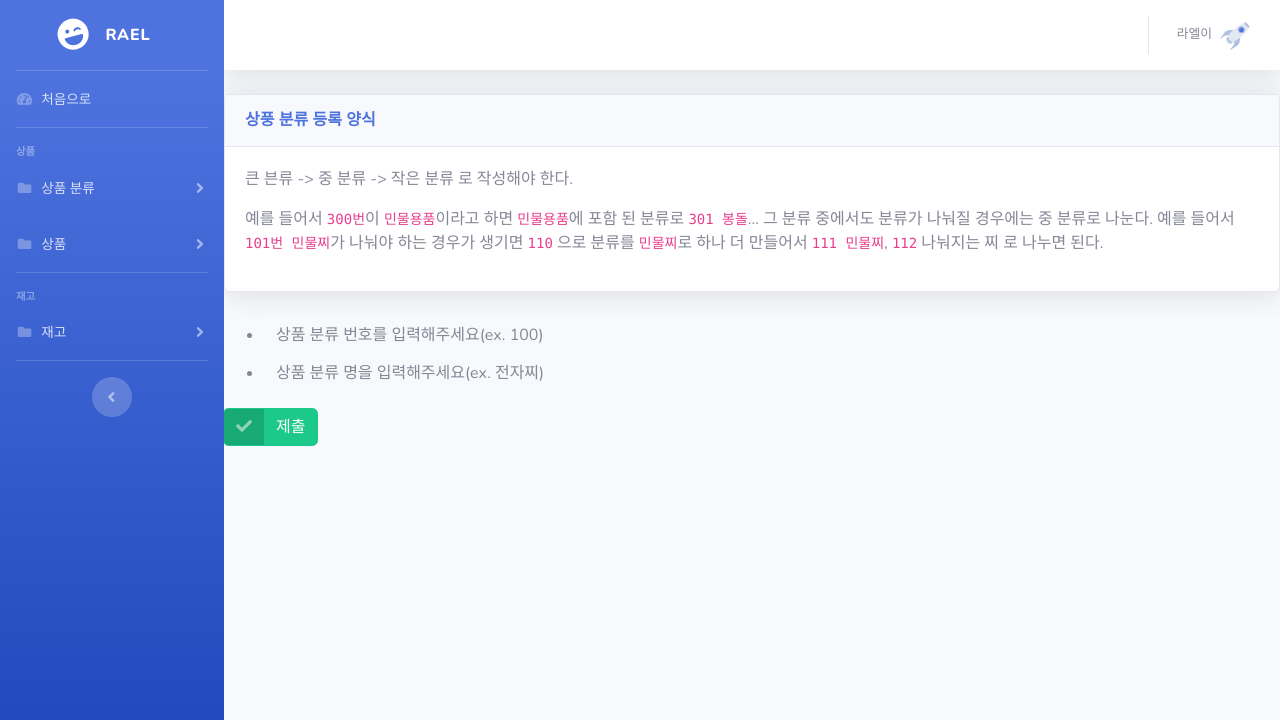
Repository: sww232/springRaelProject
Page: http://localhost/rael/WEB-INF/views/product/category_insert.jsp
An editor plug-in stored every save of this project. The page is shown before and after the next save, followed by the edit.
The browser window is 1280 px wide. The pictures show the whole page.
The page is served by Tomcat 9. Nobody is signed in. Other server files are loaded and not shown. The template is opened directly, without the code that normally fills it, so the values that code supplies are empty.

Above is the page before, as saved 2022-10-06 19:11:54.

### raelproject3/rael/src/main/webapp/WEB-INF/views/product/category_insert.jsp
<%@ page language="java" contentType="text/html; charset=UTF-8" pageEncoding="UTF-8"%>
<%@ taglib uri="http://java.sun.com/jsp/jstl/core" prefix="c" %>
<%@ taglib prefix="sql" uri="http://java.sun.com/jsp/jstl/sql" %>
<%@ taglib prefix="fmt" uri="http://java.sun.com/jsp/jstl/fmt" %>
<!DOCTYPE html>
<html>
<head>
	    <meta name="viewport" content="width=device-width, initial-scale=1, shrink-to-fit=no">
	    <meta name="description" content="">
	    <meta name="author" content="">
	    <meta charset="UTF-8">
			<title>메인</title>

		<link href="/vendor/fontawesome-free/css/all.min.css" rel="stylesheet" type="text/css">
	    <link
	        href="https://fonts.googleapis.com/css?family=Nunito:200,200i,300,300i,400,400i,600,600i,700,700i,800,800i,900,900i"
	        rel="stylesheet">

	    <!-- Custom styles for this template -->
	    <link href="/css/sb-admin-2.min.css" rel="stylesheet">
	    <script src="/vendor/jquery/jquery.min.js"></script>
	    <script src="/vendor/bootstrap/js/bootstrap.bundle.min.js"></script>

	    <!-- Core plugin JavaScript-->
	    <script src="/vendor/jquery-easing/jquery.easing.min.js"></script>

	    <!-- Custom scripts for all pages-->
	    <script src="/js/sb-admin-2.min.js"></script>

	    <!-- Page level plugins -->
	    <script src="/vendor/datatables/jquery.dataTables.min.js"></script>
	    <script src="/vendor/datatables/dataTables.bootstrap4.min.js"></script>

	    <!-- Page level custom scripts -->
	    <script src="/js/demo/datatables-demo.js"></script>

	    <!-- Custom styles for this page -->
	    <link href="/vendor/datatables/dataTables.bootstrap4.min.css" rel="stylesheet">

	</head>
	<body id="page-top">
	<form>
		<div class="modal fade" id="moaModal1" tabindex="-1" role="dialog" aria-labelledby="exampleModalLabel" aria-hidden="true">

			<div class="modal-dialog" role="document">
				<div class="modal-content">
					<div class="modal-header">
						<h5 class="modal-title" id="exampleModalLabel">상품 등록을 위한 카테고리 선택</h5>
						<button class="close" type="button" data-dismiss="modal" aria-label="Close">
							<span aria-hidden="true">x</span>
						</button>
						</div>
						<div class="modal-body">
							<select name="categoryBox1" id="categoryBox1">
								<option value="defaultValue" selected></option>
								<c:forEach var="list" items="${categorynums}">
									<option value="${list}">
										${list}
									</option>
								</c:forEach>
							</select>
						</div>
					<div class="modal-footer">
						<button class="btn btn-primary" type="button" data-dismiss="modal">Cancel</button>
						<button class="btn btn-primary" type="submit" formaction="/product/product_insert">Choice</button>
					</div>
				</div>
			</div>
		</div>
		<div class="modal fade" id="moaModal2" tabindex="-1" role="dialog" aria-labelledby="exampleModalLabel" aria-hidden="true">

			<div class="modal-dialog" role="document">
				<div class="modal-content">
					<div class="modal-header">
						<h5 class="modal-title" id="exampleModalLabel">상품 추가 등록을 위한 카테고리 선택</h5>
						<button class="close" type="button" data-dismiss="modal" aria-label="Close">
							<span aria-hidden="true">x</span>
						</button>
						</div>
						<div class="modal-body">
							<select name="categoryBox2" id="categoryBox2">
								<option value="defaultValue" selected></option>
								<c:forEach var="list" items="${categorynums}">
									<option value="${list}">
										${list}
									</option>
								</c:forEach>
							</select>
						</div>
					<div class="modal-footer">
						<button class="btn btn-primary" type="button" data-dismiss="modal">Cancel</button>
						<button class="btn btn-primary" type="submit" formaction="/product/product_insert_detail">Choice</button>
					</div>
				</div>
			</div>
		</div>
		<div class="modal fade" id="moaModal3" tabindex="-1" role="dialog" aria-labelledby="exampleModalLabel" aria-hidden="true">

			<div class="modal-dialog" role="document">
				<div class="modal-content">
					<div class="modal-header">
						<h5 class="modal-title" id="exampleModalLabel">상품명/상세정보 수정을 위한 카테고리 선택</h5>
						<button class="close" type="button" data-dismiss="modal" aria-label="Close">
							<span aria-hidden="true">x</span>
						</button>
						</div>
						<div class="modal-body">
							<select name="categoryBox3" id="categoryBox3">
								<option value="defaultValue" selected></option>
								<c:forEach var="list" items="${categorynums}">
									<option value="${list}">
										${list}
									</option>
								</c:forEach>
							</select>
						</div>
					<div class="modal-footer">
						<button class="btn btn-primary" type="button" data-dismiss="modal">Cancel</button>
						<button class="btn btn-primary" type="submit" formaction="/product/product_update">Choice</button>
					</div>
				</div>
			</div>
		</div>
	</form>
	<div id="wrapper">
		 <ul class="navbar-nav bg-gradient-primary sidebar sidebar-dark accordion" id="accordionSidebar">

            <!-- Sidebar - Brand -->
            <a class="sidebar-brand d-flex align-items-center justify-content-center" href="/">
                <div class="sidebar-brand-icon rotate-n-15">
                    <i class="fas fa-laugh-wink"></i>
                </div>
                <div class="sidebar-brand-text mx-3">RAEL</div>
            </a>

            <!-- Divider -->
            <hr class="sidebar-divider my-0">

            <!-- Nav Item - Dashboard -->
            <li class="nav-item">
                <a class="nav-link" href="/">
                    <i class="fas fa-fw fa-tachometer-alt"></i>
                    <span>처음으로</span></a>
            </li>

            <!-- Divider -->
            <hr class="sidebar-divider">

            <!-- Heading -->
            <div class="sidebar-heading">
                상품
            </div>

            <!-- Nav Item - Pages Collapse Menu -->
            <li class="nav-item">
                <a class="nav-link collapsed" href="#" data-toggle="collapse" data-target="#collapseTwo"
                    aria-expanded="true" aria-controls="collapseTwo">
                    <i class="fas fa-fw fa-folder"></i>
                    <span>상품 분류</span>
                </a>
                <div id="collapseTwo" class="collapse" aria-labelledby="headingTwo" data-parent="#accordionSidebar">
                    <div class="bg-white py-2 collapse-inner rounded">
                        <h6 class="collapse-header">상풍 분류 탭</h6>
                        <a class="collapse-item" href="/product/category_select?page=1&recordSize=10&pageSize=10">상품 분류 조회</a>
                        <a class="collapse-item" href="/product/category_insert?insertresult=0">상품 분류 등록</a>
                        <a class="collapse-item" href="/product/category_update">상품 분류 수정</a>
                    </div>
                </div>
            </li>

            <!-- Nav Item - Utilities Collapse Menu -->
            <li class="nav-item">
                <a class="nav-link collapsed" href="#" data-toggle="collapse" data-target="#collapseUtilities"
                    aria-expanded="true" aria-controls="collapseUtilities">
                    <i class="fas fa-fw fa-folder"></i>
                    <span>상품</span>
                </a>
                <div id="collapseUtilities" class="collapse" aria-labelledby="headingUtilities"
                    data-parent="#accordionSidebar">
                    <div class="bg-white py-2 collapse-inner rounded">
                        <h6 class="collapse-header">상품 탭</h6>
                        <a class="collapse-item" href="/product/all_select?page=1&recordSize=10&pageSize=10">상품 조회</a>
                        <a class="collapse-item" href="#" data-toggle="modal" data-target="#moaModal1">
							<i class="fas fa-arrow-right"></i>상품 등록
						</a>
						<a class="collapse-item" href="#" data-toggle="modal" data-target="#moaModal2">
							<i class="fas fa-arrow-right"></i>상품 추가 등록
						</a>
						<a class="collapse-item" href="#" data-toggle="modal" data-target="#moaModal3">
							<i class="fas fa-arrow-right"></i>상품명/상세정보 수정
						</a>
                    </div>
                </div>
            </li>

            <!-- Divider -->
            <hr class="sidebar-divider">

            <!-- Heading -->
            <div class="sidebar-heading">
                재고
            </div>

            <!-- Nav Item - Pages Collapse Menu -->
            <li class="nav-item">
                <a class="nav-link collapsed" href="#" data-toggle="collapse" data-target="#collapsePages"
                    aria-expanded="true" aria-controls="collapsePages">
                    <i class="fas fa-fw fa-folder"></i>
                    <span>재고</span>
                </a>
                <div id="collapsePages" class="collapse" aria-labelledby="headingPages" data-parent="#accordionSidebar">
                    <div class="bg-white py-2 collapse-inner rounded">
                        <h6 class="collapse-header">재고</h6>
                        <a class="collapse-item" href="/stock/stock_select?page=1&recordSize=10&pageSize=10">재고 조회 및 입/출고</a>
                        <div class="collapse-divider"></div>
                        <h6 class="collapse-header">재고 입/출고</h6>
                        <a class="collapse-item" href="/stock/stock_history?page=1&recordSize=10&pageSize=10">내역</a>
                        <a class="collapse-item" href="/stock/stock_history_cancel?page=1&recordSize=10&pageSize=10">취소</a>
                    </div>
                </div>
            </li>

            <!-- Divider -->
            <hr class="sidebar-divider d-none d-md-block">

            <!-- Sidebar Toggler (Sidebar) -->
            <div class="text-center d-none d-md-inline">
                <button class="rounded-circle border-0" id="sidebarToggle"></button>
            </div>

        </ul>

        <!-- End of Sidebar -->

        <!-- Content Wrapper -->
        <div id="content-wrapper" class="d-flex flex-column">

            <!-- Main Content -->
            <div id="content">

                <!-- Topbar -->
                <nav class="navbar navbar-expand navbar-light bg-white topbar mb-4 static-top shadow">

                    <!-- Sidebar Toggle (Topbar) -->
                    <form class="form-inline">
                        <button id="sidebarToggleTop" class="btn btn-link d-md-none rounded-circle mr-3">
                            <i class="fa fa-bars"></i>
                        </button>
                    </form>

                    <!-- Topbar Search
                    <form
                        class="d-none d-sm-inline-block form-inline mr-auto ml-md-3 my-2 my-md-0 mw-100 navbar-search">
                        <div class="input-group">
                            <input type="text" class="form-control bg-light border-0 small" placeholder="Search for..."
                                aria-label="Search" aria-describedby="basic-addon2">
                            <div class="input-group-append">
                                <button class="btn btn-primary" type="button">
                                    <i class="fas fa-search fa-sm"></i>
                                </button>
                            </div>
                        </div>
                    </form>
					-->
                    <!-- Topbar Navbar -->
                    <ul class="navbar-nav ml-auto">

                        <!-- Nav Item - Search Dropdown (Visible Only XS) -->
                        <li class="nav-item dropdown no-arrow d-sm-none">
                            <a class="nav-link dropdown-toggle" href="#" id="searchDropdown" role="button"
                                data-toggle="dropdown" aria-haspopup="true" aria-expanded="false">
                                <i class="fas fa-search fa-fw"></i>
                            </a>
                            <!-- Dropdown - Messages -->
                            <div class="dropdown-menu dropdown-menu-right p-3 shadow animated--grow-in"
                                aria-labelledby="searchDropdown">
                                <form class="form-inline mr-auto w-100 navbar-search">
                                    <div class="input-group">
                                        <input type="text" class="form-control bg-light border-0 small"
                                            placeholder="Search for..." aria-label="Search"
                                            aria-describedby="basic-addon2">
                                        <div class="input-group-append">
                                            <button class="btn btn-primary" type="button">
                                                <i class="fas fa-search fa-sm"></i>
                                            </button>
                                        </div>
                                    </div>
                                </form>
                            </div>
                        </li>
                        <div class="topbar-divider d-none d-sm-block"></div>

                        <!-- Nav Item - User Information -->
                        <li class="nav-item dropdown no-arrow">
                            <a class="nav-link dropdown-toggle" href="#" id="userDropdown" role="button"
                                data-toggle="dropdown" aria-haspopup="true" aria-expanded="false">
                                <span class="mr-2 d-none d-lg-inline text-gray-600 small">라엘이</span>
                                <img class="img-profile rounded-circle"
                                    src="img/undraw_rocket.svg">
                            </a>
                            <!-- Dropdown - User Information -->
                            <div class="dropdown-menu dropdown-menu-right shadow animated--grow-in"
                                aria-labelledby="userDropdown">
                                <div class="dropdown-divider"></div>
                                <a class="dropdown-item" href="#" data-toggle="modal" data-target="#logoutModal">
                                    <i class="fas fa-sign-out-alt fa-sm fa-fw mr-2 text-gray-400"></i>
                                    Logout
                                </a>
                            </div>
                        </li>

                    </ul>

                </nav>
    		<!-- End of Topbar -->

			<div class="card shadow mb-4">
				<div class="card-header py-3 d-flex flex-row align-items-center justify-content-between">
					<h6 class="m-0 font-weight-bold text-primary">상풍 분류 등록 양식</h6>
				</div>
				<div class="card-body">
					<p>
						큰 븐류 -> 중 분류 -> 작은 분류 로 작성해야 한다.
					</p>
					<p>
						예를 들어서 <code>300번</code>이 <code>민물용품</code>이라고 하면 <code>민물용품</code>에 포함 된 분류로 <code>301 봉돌</code>...
						그 분류 중에서도 분류가 나눠질 경우에는 중 분류로 나눈다.
						예를 들어서 <code>101번 민물찌</code>가 나눠야 하는 경우가 생기면
						<code>110</code> 으로 분류를 <code>민물찌</code>로 하나 더 만들어서
						<code>111 민물찌</code>, <code>112</code> 나눠지는 찌 로 나누면 된다.
					</p>
				</div>
			</div>


			<form method="POST" action="/product/category_insert/INSERT">
				<ul>
					<li>
						<div class="input-group">
							<input type="text" class="form-control bg-light border-0 small" name="productcategory num" placeholder="상품 분류 번호를 입력해주세요(ex. 100)" autocomplete="off">
						</div>
					</li>
					<li>
						<div class="input-group">
							<input type="text" class="form-control bg-light border-0 small" name="productcategory name"
							placeholder="상품 분류 명을 입력해주세요(ex. 전자찌)" autocomplete="off">
						</div>
					</li>

				</ul>
				<div class="input-group-append">
					<button type="submit" class="btn btn-success btn-icon-split">
						<span class="icon text-white-50">
							<i class="fas fa-check"></i>
						</span>
						<span class="text">제출</span>
					</button>
				</div>
			</form>

			<c:if test="${insertresult == 1}">
				<script type="text/javascript">
					alert("성공적으로 등록 하였습니다.");
				</script>
			</c:if>
    	</div>

	</div>
</body>
</html>

### raelproject3/rael/src/main/resources/static/img/undraw_rocket.svg
<?xml version="1.0" encoding="utf-8"?>
<!-- Generator: Adobe Illustrator 25.0.0, SVG Export Plug-In . SVG Version: 6.00 Build 0)  -->
<svg version="1.1" id="b759170a-51c3-4e2f-999d-77dec9fd6d11"
	 xmlns="http://www.w3.org/2000/svg" xmlns:xlink="http://www.w3.org/1999/xlink" x="0px" y="0px" viewBox="0 0 650.9 610.5"
	 style="enable-background:new 0 0 650.9 610.5;" xml:space="preserve">
<style type="text/css">
	.st0{fill:#AFC0E0;}
	.st1{opacity:0.2;fill:#FFFFFF;enable-background:new    ;}
	.st2{opacity:0.1;enable-background:new    ;}
	.st3{fill:#E3E8F4;}
	.st4{fill:#4E73DF;}
</style>
<path class="st0" d="M174,321c-2-1.6-4.2-3-6.6-4.2c-51.8-26.2-157,67.8-157,67.8L0,372.7c0,0,42.1-43.8,92.4-117.3
	c45.2-66.1,150.7-51.8,171.4-48.3c2.3,0.4,3.6,0.7,3.6,0.7C298.7,288.3,174,321,174,321z"/>
<path class="st1" d="M269.4,213.9c-0.6-2-1.3-4-2-6c0,0-1.2-0.2-3.6-0.7c-20.7-3.5-126.2-17.8-171.4,48.3C42.1,329,0,372.7,0,372.7
	l5.9,6.7c0,0,42.1-43.8,92.4-117.3C143.3,196.3,248,210.2,269.4,213.9z"/>
<path class="st0" d="M337.7,533.4c-79.2,40.8-127.8,77.1-127.8,77.1l-10.5-11.9c0,0,111.1-96.8,85.3-150.9c-0.5-1.2-1.2-2.3-1.9-3.4
	c0,0,47.9-119.6,123.9-78.5c0,0,0.1,1,0.2,2.9C407.8,387.8,409.7,496.3,337.7,533.4z"/>
<path class="st2" d="M174,321c-2-1.6-4.2-3-6.6-4.2c29.3-38.9,61.5-75.5,96.3-109.7c2.3,0.4,3.6,0.7,3.6,0.7
	C298.7,288.3,174,321,174,321z"/>
<path class="st2" d="M406.9,368.6c-38.6,29.6-79.4,56.1-122.3,79.1c-0.5-1.2-1.2-2.3-1.9-3.4c0,0,47.9-119.6,123.9-78.5
	C406.7,365.7,406.8,366.7,406.9,368.6z"/>
<path class="st3" d="M263.6,455.5c-20.3,10.4-41.6,20.5-64,30.2c-33.6,14.6-51.5-2.2-80.7-91.5c0,0,12.5-22.5,37.2-57
	c54.3-75.8,167.5-209.1,336.1-286.7C542.7,27.1,596.1,10.1,650.9,0c0,0-9.1,68.8-62,160.1S439.1,365.3,263.6,455.5z"/>
<circle class="st0" cx="435.6" cy="199.7" r="71.6"/>
<path class="st4" d="M469.2,237.9c-21,18.6-53.1,16.6-71.7-4.5c-7.8-8.8-12.2-20-12.7-31.8c-0.2-4.7,0.3-9.4,1.4-14
	c0.5-2,1.1-4.1,1.9-6c2.9-7.7,7.7-14.5,13.8-19.9c0.3-0.3,0.6-0.5,0.9-0.8c17.1-14.4,41.5-15.9,60.3-3.8c3.5,2.3,6.7,4.9,9.5,7.9
	l1,1.1C492.2,187.2,490.2,219.3,469.2,237.9C469.2,237.8,469.2,237.9,469.2,237.9z"/>
<path class="st0" d="M588.9,160.1c-83-35.2-96.8-109.6-96.8-109.6C542.7,27,596.1,10.1,650.9,0C650.9,0,641.8,68.8,588.9,160.1z"/>
<path class="st0" d="M263.6,455.5c-13.7,7.1-27.9,13.9-42.6,20.7c-7,3.2-14.1,6.4-21.4,9.5c-10.9,4.7-51.5-2.2-80.7-91.5
	c0,0,4.1-7.3,12.1-20c6.1-9.6,14.5-22.2,25.1-37c0,0,11,33.2,41.1,67.3C215.8,425.7,238.4,443,263.6,455.5z"/>
<path class="st3" d="M221,476.2c-7,3.2-14.1,6.4-21.4,9.5c-10.9,4.7-51.5-2.2-80.7-91.5c0,0,4.1-7.3,12.1-20
	C131,374.2,170.2,456.9,221,476.2z"/>
<path class="st1" d="M463.2,157l-0.1,0l-60.1,3.9c-0.3,0.3-0.6,0.5-0.9,0.8c-6.2,5.4-10.9,12.3-13.8,19.9l84.5-16.6L463.2,157z"/>
<path class="st1" d="M438.8,194.3l-53.9,7.3c-0.2-4.7,0.3-9.4,1.4-14l52.8,1.4L438.8,194.3z"/>
<path class="st1" d="M131.7,408.7c0,0,12.5-22.5,37.2-57C223.2,276,336.4,142.7,504.9,65c45.6-21.1,93.3-36.9,142.5-47.3
	C650.1,6.4,650.9,0,650.9,0c-54.8,10.1-108.2,27-158.7,50.5c-168.6,77.7-281.8,211-336.1,286.7c-24.7,34.4-37.2,57-37.2,57
	c11.5,35.3,26.6,57,40.5,70.3C149.4,451.4,139.7,433.3,131.7,408.7z"/>
</svg>

Loaded but not shown: raelproject3/rael/src/main/resources/static/css/sb-admin-2.min.css (library); raelproject3/rael/src/main/resources/static/js/sb-admin-2.min.js (common file); raelproject3/rael/src/main/resources/static/js/demo/datatables-demo.js (common file)

After the next save:
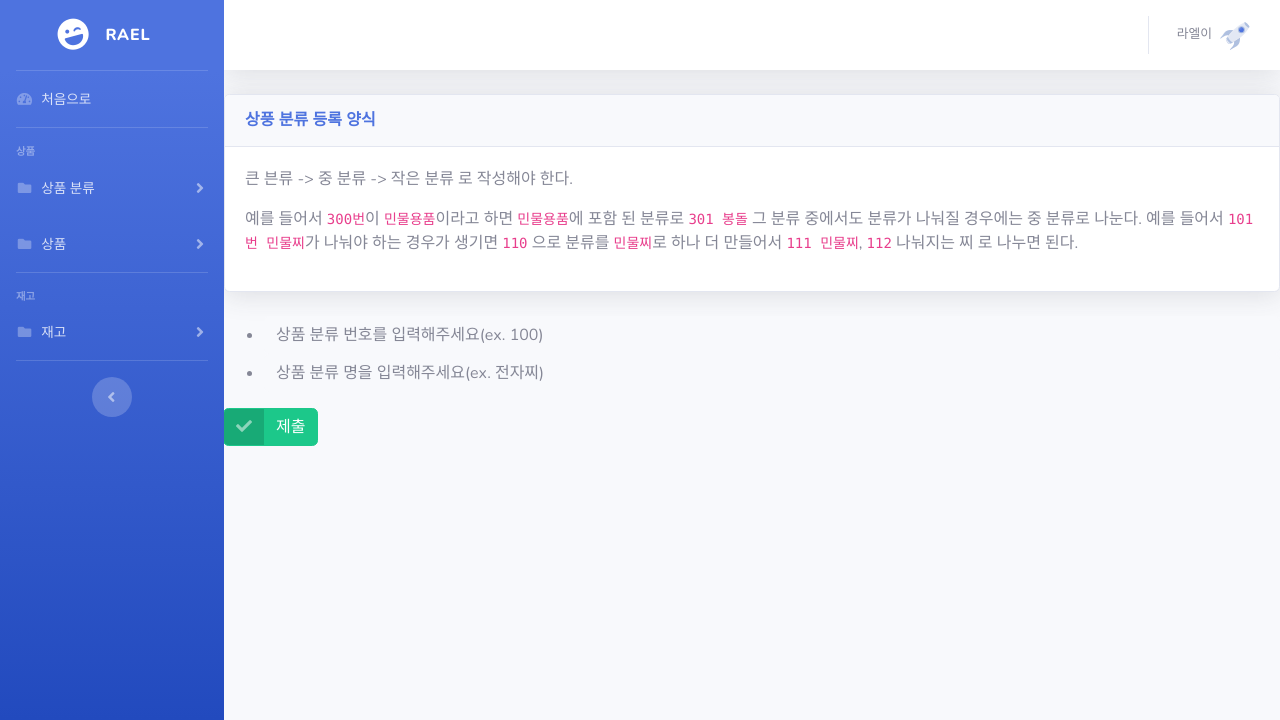
Saved 12 s later.
--- a/raelproject3/rael/src/main/webapp/WEB-INF/views/product/category_insert.jsp
+++ b/raelproject3/rael/src/main/webapp/WEB-INF/views/product/category_insert.jsp
@@ -323,7 +323,7 @@
 						큰 븐류 -> 중 분류 -> 작은 분류 로 작성해야 한다.
 					</p>
 					<p>
-						예를 들어서 <code>300번</code>이 <code>민물용품</code>이라고 하면 <code>민물용품</code>에 포함 된 분류로 <code>301 봉돌</code>...
+						예를 들어서 <code>300번</code>이 <code>민물용품</code>이라고 하면 <code>민물용품</code>에 포함 된 분류로 <code>301 봉돌</code>
 						그 분류 중에서도 분류가 나눠질 경우에는 중 분류로 나눈다.
 						예를 들어서 <code>101번 민물찌</code>가 나눠야 하는 경우가 생기면
 						<code>110</code> 으로 분류를 <code>민물찌</code>로 하나 더 만들어서
